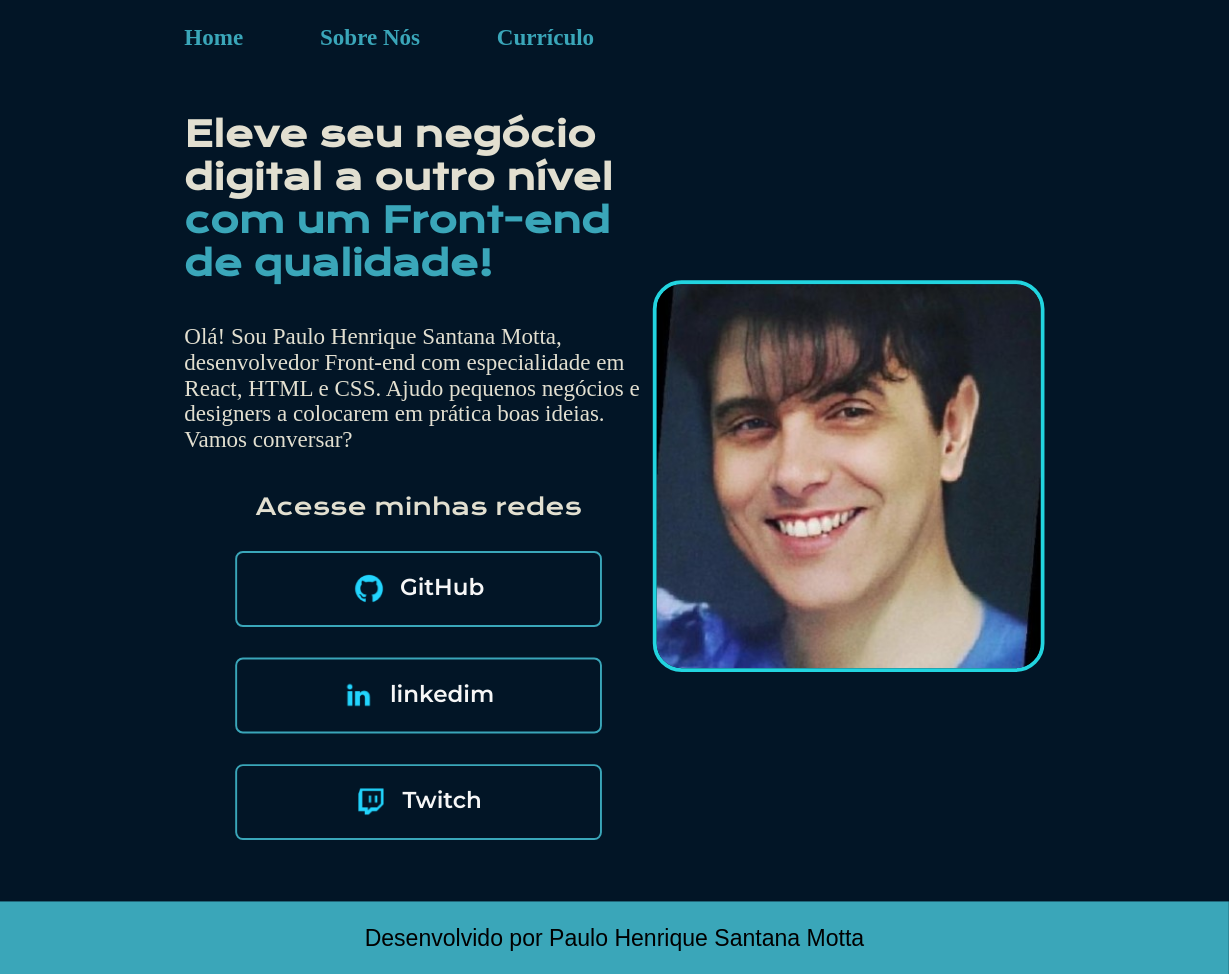
Repository: phsmottanerd/projeto-portfolio-alura
Page: index.html
These files come from the project's save history. The page is drawn as it stood at one moment and after the next save; the edit follows.
The browser window is 1280 px wide. The pictures show the whole page, at 96% of full size.

Above is the page before, as saved 2025-01-28 02:23:38.

### index.html
<!DOCTYPE html>
<html lang="pt-br">
  <head>
    <meta charset="UTF-8" />
    <meta http-equiv="X-UA-Compatible" content="IE=edge" />
    <meta name="viewport" content="width=device-width, initial-scale=1.0" />
    <title>Portifolio</title>
    <link rel="stylesheet" href="./estilos/style.css" />
  </head>

  <body>
    <header class="cabecalho">
      <nav class="cabecalho__menu">
        <a class="cabecalho__menu__link" href="index.html">Home</a>
        <a class="cabecalho__menu__link" href="about.html">Sobre Nós</a>
        <a class="cabecalho__menu__link">Currículo</a>
      </nav>
    </header>
    <main class="apresentacao">
      <section class="apresentacao__conteudo">
        <h1 class="apresentacao__conteudo__titulo">
          Eleve seu negócio digital a outro  nível
          <strong class="titulo-destaque"
            >com um Front-end de qualidade!
          </strong>
        </h1>
        <p class="apresentacao__conteudo__texto">
          Olá! Sou Paulo Henrique Santana Motta, desenvolvedor Front-end com especialidade em
          React, HTML e CSS. Ajudo pequenos negócios e designers a colocarem em
          prática boas ideias. Vamos conversar?
        </p>
        <div class="apresentacao__links">
          <h2 class="apresentacao__links__subtitulo">Acesse minhas redes</h2>
          <a
            class="apresentacao__links__link"
            href="https://github.com/phsmottanerd"
          >
            <img src="./img/github.png" />
            GitHub
          </a>
          <a
            class="apresentacao__links__link"
            href="https://linkedim.com/phsmottanerd"
          >
            <img src="./img/linkedin.png" />
            linkedim
          </a>
          <a class="apresentacao__links__link" href="https://.com/phsmottanerd">
            <img src="./img/twitch.png" />
            Twitch
          </a>
        </div>
      </section>
      <img class="img-foto" src="./img/1722867171561.jpg" alt="Paulo Henrique Santana Motta  programandor" />
    </main>
    <footer class="rodape">
      <p>Desenvolvido por Paulo Henrique Santana Motta</p>
    </footer>
  </body>
</html>

### estilos/style.css
@import url("https://fonts.googleapis.com/css2?family=Krona+One&family=Montserrat:wght@400;600&display=swap");

:root {
  --cor-primaria: #021526;
  --cor-secundaria: #E2DFD0;
  --cor-terciaria:#3AA6B9;
  --cor-hover: #E3651D;

  --font-primaria: "Krona One", sans-serif;
   --font-secundaria:"Montserrat", sans-serif;


}

* {
  margin: 0;
  padding: 0;
}

body {
  box-sizing: border-box;
  background-color: var(--cor-primaria);
  color: var(--cor-secundaria);
}
.cabecalho {
  padding: 2% 0% 0% 15%;
}
.cabecalho__menu {
  display: flex;
  gap: 80px;
}

.cabecalho__menu__link {
  font-family: var(----font-secundaria);
  font-size: 24px;
  font-weight: 600;
  color: var(--cor-terciaria);
  text-decoration: none;
}

.titulo-destaque {
  color: var(--cor-terciaria);
}

.apresentacao {
  padding: 5% 15%;
  display: flex;
  align-items: center;
  justify-content: space-between;
}
.apresentacao__conteudo {
  width: 615px;
  display: flex;
  flex-direction: column;
  gap: 40px;
}

.apresentacao__conteudo__titulo {
  font-size: 36px;
  font-family: var(--font-primaria);
}

.apresentacao__conteudo__texto {
  font-size: 24px;
  font-family: var(----font-secundaria);
}

.apresentacao__links {
  display: flex;
  flex-direction: column;
  justify-content: space-between;
  align-items: center;
  gap: 32px;
}
.apresentacao__links__subtitulo {
  font-family: "Krona One", sans-serif;
  font-weight: 400;
  font-size: 24px;
}
.apresentacao__links__link {
  /* background-color: #22D4FD; */
  justify-content: center;
  gap: 16px;
  display: flex;
  border: 2px solid var(--cor-terciaria);
  width: 378px;
  text-align: center;
  border-radius: 8px;
  font-size: 24px;
  font-weight: 600;
  padding: 21.5px 0;
  text-decoration: none;
  color: #f6f6f6;
  font-family: "Montserrat", sans-serif;
}
.apresentacao__links__link:hover {
  background-color: var(--cor-hover);
}
.rodape {
  padding: 24px;
  color: #000;
  background-color: var(--cor-terciaria);
  text-align: center;
  font-family: "Montsearrat", sans-serif;
  font-size: 24px;
  font-weight: 400;
}
.img-foto {
  border-radius: 30px;
  border: 4px solid #22d4Df;
  width: 500px;
  heighit: 500px;
}

After the next save:
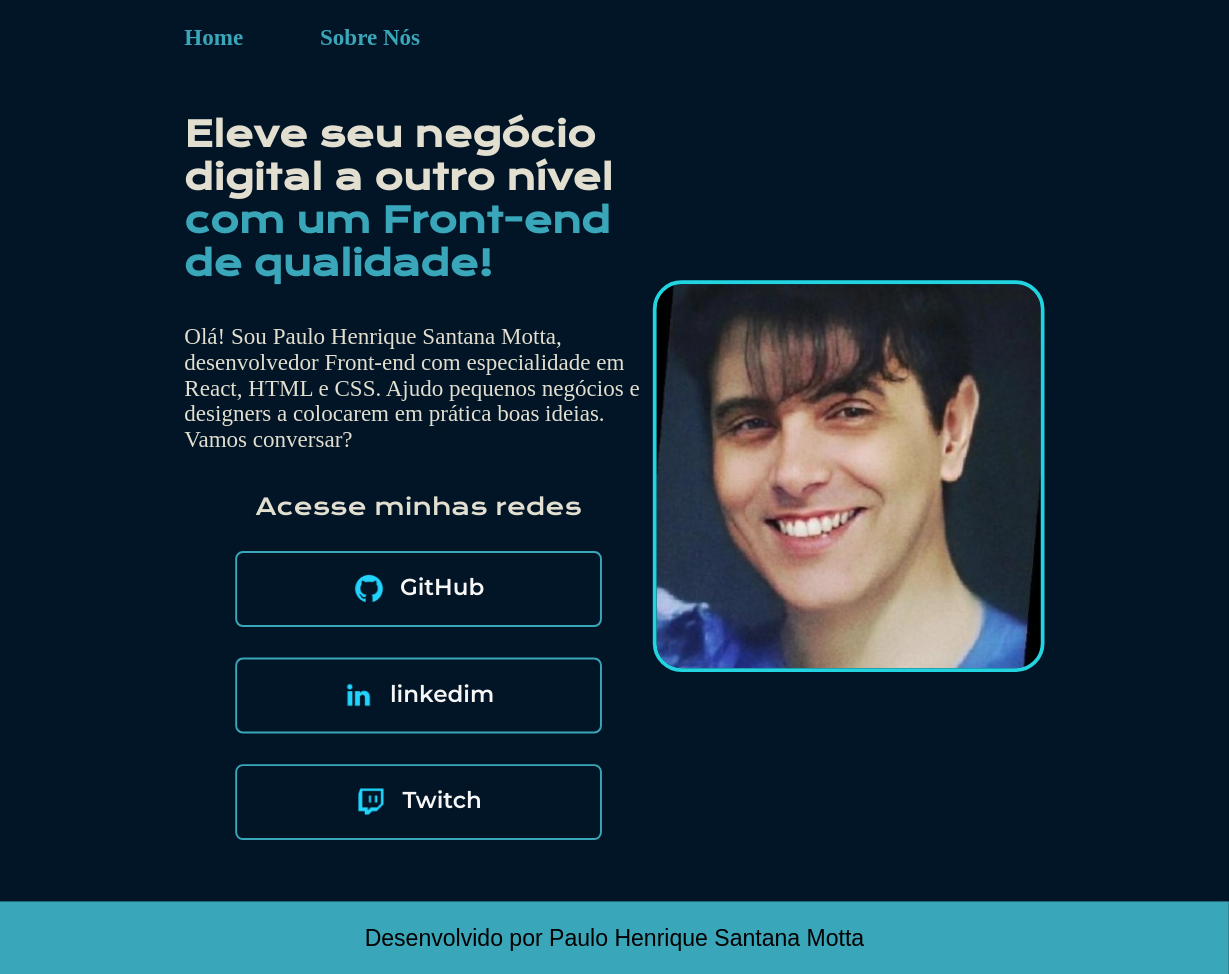
Saved 55 s later.
--- a/index.html
+++ b/index.html
@@ -13,7 +13,6 @@
       <nav class="cabecalho__menu">
         <a class="cabecalho__menu__link" href="index.html">Home</a>
         <a class="cabecalho__menu__link" href="about.html">Sobre Nós</a>
-        <a class="cabecalho__menu__link">Currículo</a>
       </nav>
     </header>
     <main class="apresentacao">
